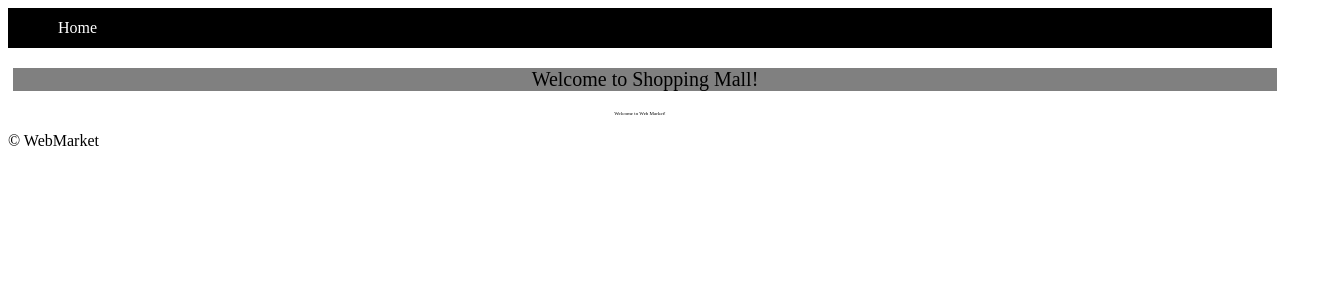
Repository: sunyeongan/Univ_lecture
Page: http://localhost/week7_jsp/ex5.jsp
The author's editor kept a copy of each file at every save. The page is drawn from the files as they stood at one save, then again after the next save.
The browser window is 1280 px wide. The page is 1280 px wide, then 1322 px, so the pictures cover 1322 px, including what lies to the right of the window. The pictures show the whole page.
The page is served by Tomcat 9.

Above is the page before, as saved 2022-04-14 03:02:04.

### WebSever_2022/work/week7/week7_jsp/src/main/webapp/ex5.jsp
<%@ page language="java" contentType="text/html; charset=EUC-KR"
    pageEncoding="EUC-KR"%>
<!DOCTYPE html>
<html>
<head>
<meta charset="EUC-KR">
<title>Insert title here</title>
<style>
	div{
		text-align : center;
		margin-left : 5px;
		margin-right : 5px;
	}
	.site{
		width : 100%;
		height : 30%;
		background-color : black;

	}
	.main{
		width : 100%;
		height : 10%;
		background-color : grey;
		font-size : 20px;

	}
	.mid{
		font-size : 5px;

	}
	.bar{
		color:white;
		text-decoration : none;
		padding-left : 50px;
		height : 40px;
		line-height : 40px;
	}

</style>
</head>
<body>

<nav class="site">
	<a class ="bar" href="./환영.jsp">Home</a>
</nav>


<div class="main">
	<p>Welcome to Shopping Mall!</p>
</div>


<div class = "mid">
	<p>Welcome to Web Market!</p>
</div>


<footer class="">
<p>&copy; WebMarket</p>
</footer>
</body>
</html>

After the next save:
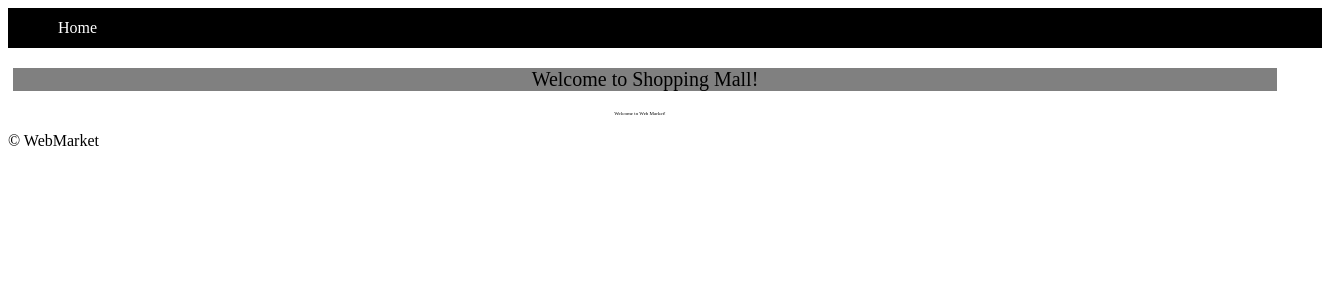
Saved 105 s later.
--- a/WebSever_2022/work/week7/week7_jsp/src/main/webapp/ex5.jsp
+++ b/WebSever_2022/work/week7/week7_jsp/src/main/webapp/ex5.jsp
@@ -13,9 +13,10 @@
 	}
 	.site{
 		width : 100%;
-		height : 30%;
+		height : 40px;
+		line-height : 40px;
 		background-color : black;
-
+		padding-left : 50px;
 	}
 	.main{
 		width : 100%;
@@ -31,9 +32,6 @@
 	.bar{
 		color:white;
 		text-decoration : none;
-		padding-left : 50px;
-		height : 40px;
-		line-height : 40px;
 	}
 
 </style>
